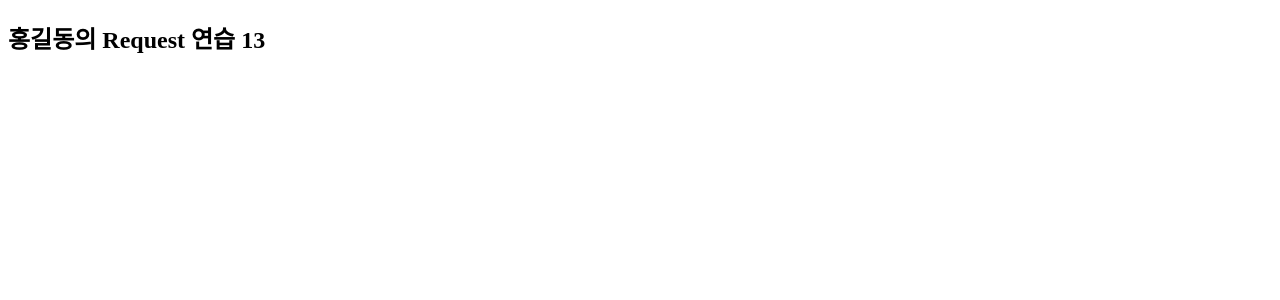
Repository: kyw0300/HighJava
Page: http://localhost/webTest/basic/reqNresp/requestTest01.jsp
These files come from the project's save history. The page is drawn as it stood at one moment and after the next save; the edit follows.
The browser window is 1280 px wide. The pictures show the whole page.
The page is served by Tomcat 9. Other server files are loaded and not shown.

Above is the page before, as saved 2023-03-28 02:12:40.

### workspace/webTest/src/main/webapp/basic/reqNresp/requestTest01.jsp
<%@ page language="java" contentType="text/html; charset=UTF-8"
    pageEncoding="UTF-8"%>
<!DOCTYPE html>
<html>
<head>

<!--
	HTML 주석
 -->

 <%--
 	이것은 JSP 주석입니다.
  --%>

<%
	// 이 영역은 JSP문서에서 JAVA명령을 사용할 수 있는 영역으로 '스크립트릿'이라고 한다.
	String name = "홍길동";
%>

<meta charset="UTF-8">
<title>Insert title here</title>
</head>
<body>
<%--
	<%=변수 또는 수식 %> ==> JSP에서 변수에 저장된 값이나 수식의 결과를 출력할 때 사용한다.
 --%>
 <h2><%=name %>의 Request 연습 <%=3 * 2 + 7 %></h2>
</body>
</html>

After the next save:
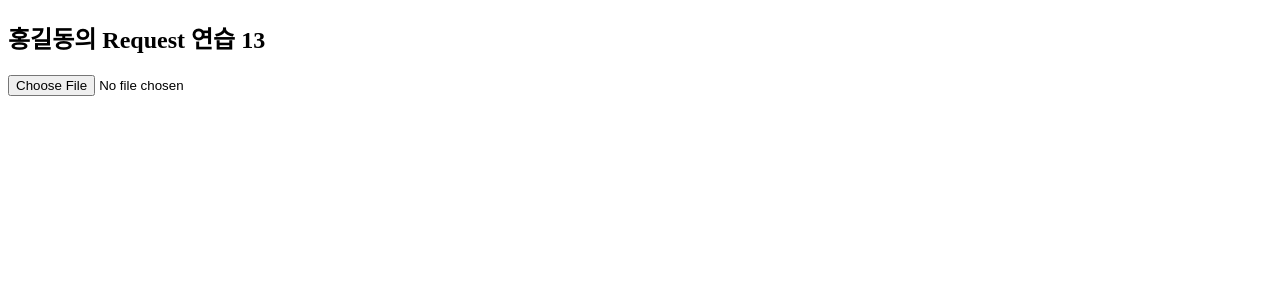
Saved 7 min 49 s later.
--- a/workspace/webTest/src/main/webapp/basic/reqNresp/requestTest01.jsp
+++ b/workspace/webTest/src/main/webapp/basic/reqNresp/requestTest01.jsp
@@ -24,6 +24,17 @@
 <%--
 	<%=변수 또는 수식 %> ==> JSP에서 변수에 저장된 값이나 수식의 결과를 출력할 때 사용한다.
  --%>
- <h2><%=name %>의 Request 연습 <%=3 * 2 + 7 %></h2>
+
+ <!--
+ 	<form>태그의 속성
+ 	1) action  ==> <form>태그 영역에서 구성한 데이터를 받아서 처리할 문서명 또는 서블릿 URL
+ 	2) method  ==> 전송방식(GET,POST) ==> 기본값 : GET
+ 	3) target  ==> 응답이 나타날 프레임명
+ 	4) enctype ==> 인코딩 방식
+  -->
+<h2><%=name %>의 Request 연습 <%=3 * 2 + 7 %></h2>
+<form action="" method="get" target="" enctype="application/x-www-form-urlencoded">
+	<input type="file">
+</form>
 </body>
 </html>
